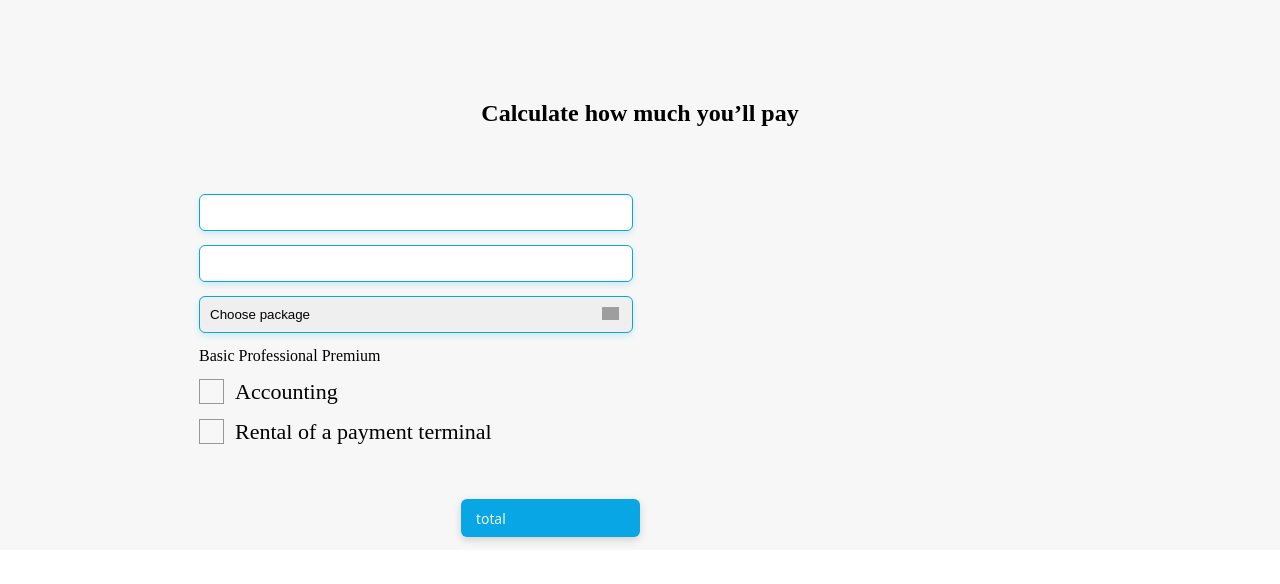
Repository: VolodymyrDubnytskyi/BestShop_project
Page: inedx2.html
These files come from the project's save history. The page is drawn as it stood at one moment and after a run of saves; the edit follows.
The browser window is 1280 px wide. The pictures show the whole page.
Pictures or frames that could not be fetched are drawn as grey boxes.

Above is the page before, as saved 2020-01-03 20:56:44.

After the next 2 saves:
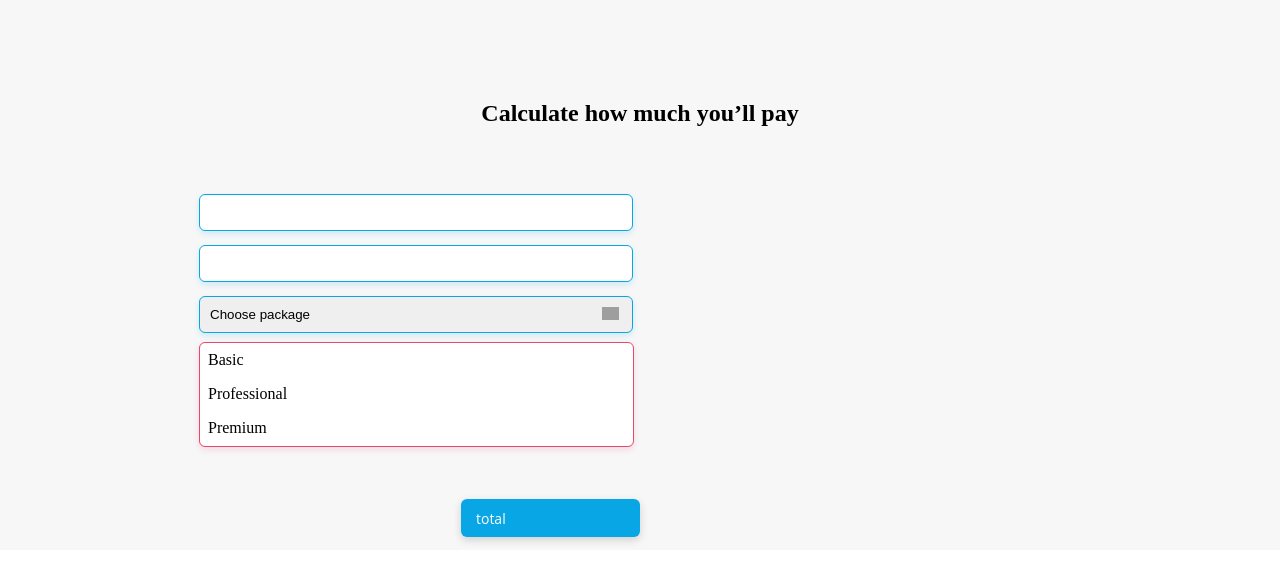
The 2 saves are shown as one change because they came seconds apart.
The last was saved 8 s later.
--- a/inedx2.html
+++ b/inedx2.html
@@ -30,7 +30,7 @@
                     </div>
 
 
-                   <div class="absolut">
+                   <div class="select-option-custome">
                        <span class="span-select">Basic</span>
                        <span class="span-select">Professional</span>
                        <span class="span-select">Premium</span>
